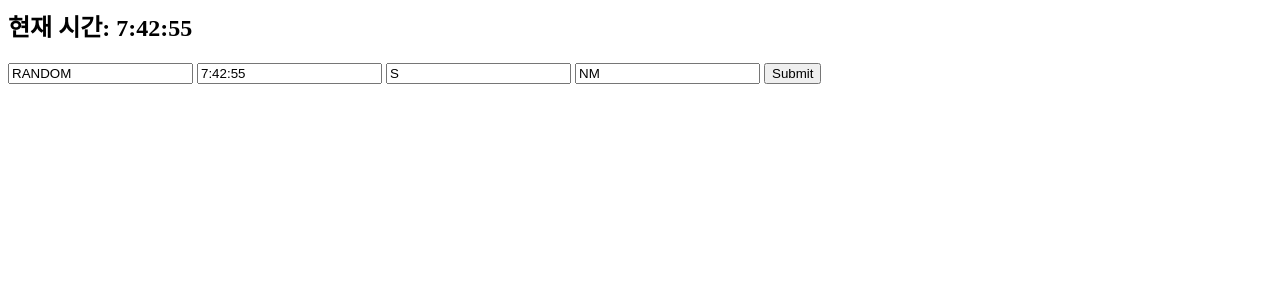
Repository: kchan75/kakaobank
Page: inserver/src/main/resources/static/index.html
An editor plug-in stored every save of this project. The page is shown before and after the next save, followed by the edit.
The browser window is 1280 px wide. The pictures show the whole page.

Above is the page before, as saved 2021-03-24 00:53:44.

### inserver/src/main/resources/static/index.html
<html>
<head>
<title>test</title>
<script language="javascript">
	 function time(){
	  var time= new Date(); //시간받기위해서 new date
		 document.getElementById("now").innerHTML=time.getHours()+":"+time.getMinutes()+":"+time.getSeconds();
		 document.getElementById("trxDatetim").value=time.getHours()+":"+time.getMinutes()+":"+time.getSeconds();
	     setInterval("time()",1000);     //1초 지난후 time()실행
	}
</script>
</head>

<body onload="time()">

	<form id="formElem">
		<h2> 현재 시간: <span id="now"></span></h2>
		<input type="text" name="guid" value="RANDOM">
		<input type="text" id="trxDatetim" value="">
		<input type="text" name="requestType" value="S">
		<input type="text" name="responseType" value="NM">
		<input type="submit">
	</form>
	<div id="div"></div>
</body>

<script>
    formElem.onsubmit = async (e) => {
      e.preventDefault();
      var form = document.querySelector("#formElem");
     // var form = document.forms[0];

        data = {
          "common":
          {
        	  firstName : form.querySelector('input[name="firstname"]').value,
          	  lastName : form.querySelector('input[name="lastname"]').value,
          	  age : 5
          },
	      "biz":
	      {
	      	  bizFirst : form.querySelector('input[name="firstname"]').value,
	      	  bizLast : form.querySelector('input[name="lastname"]').value,
	          age : 12
	      }
        }



		let ip = form.querySelector('input[name="firstname"]').value
        let response = await fetch('http://localhost:8080/kchan', {
                method: 'POST', // or 'PUT'
                headers: {
                    'Content-Type': 'application/json',
                    'Access-Control-Allow-Origin':'*'
                },
                body: JSON.stringify(data),
        })

        //let text = await response.text(); // read response body as text
        console.log("TEST");
        console.log(response);

        document.querySelector("#div").innerHTML = response.data;
    };
</script>
</html>

After the next save:
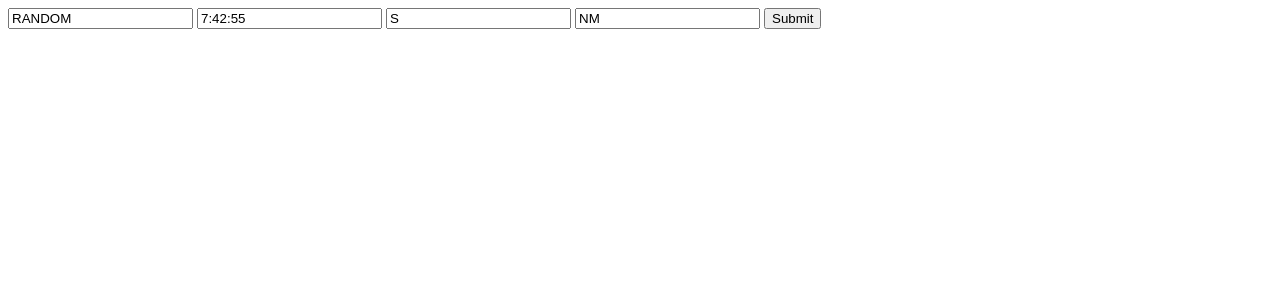
Saved 10 s later.
--- a/inserver/src/main/resources/static/index.html
+++ b/inserver/src/main/resources/static/index.html
@@ -4,7 +4,6 @@
 <script language="javascript">
 	 function time(){
 	  var time= new Date(); //시간받기위해서 new date
-		 document.getElementById("now").innerHTML=time.getHours()+":"+time.getMinutes()+":"+time.getSeconds();
 		 document.getElementById("trxDatetim").value=time.getHours()+":"+time.getMinutes()+":"+time.getSeconds();
 	     setInterval("time()",1000);     //1초 지난후 time()실행
 	}
@@ -14,7 +13,6 @@
 <body onload="time()">
 
 	<form id="formElem">
-		<h2> 현재 시간: <span id="now"></span></h2>
 		<input type="text" name="guid" value="RANDOM">
 		<input type="text" id="trxDatetim" value="">
 		<input type="text" name="requestType" value="S">
